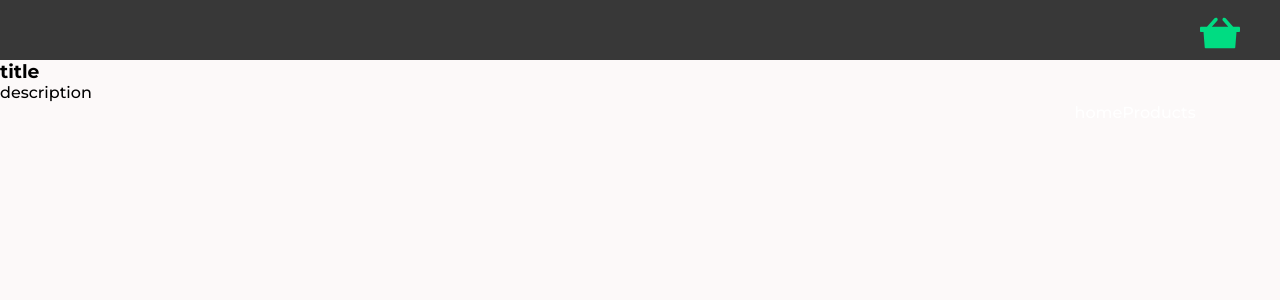
Repository: jodelajo/nuxt-product-page
Page: /
The author's editor kept a copy of each file at every save. The page is drawn from the files as they stood at one save, then again after the next save.
The browser window is 1280 px wide. The pictures show the whole page.
The page's requests for data from a server got no answer. The project was rebuilt for these pictures with package versions that can differ from the ones it lists, and the page was loaded fresh each time. The framework's server and built-in components were replaced by stand-ins that run in the browser. No one was signed in, and anything a server would have sent is missing. Also part of the build but not shown: nuxt.config.js, components/BuyButton.vue, components/CartPrices.vue, components/FilterIcon.vue, components/HomeIcon.vue, components/IncDecButtons.vue, components/MyItem.vue, components/ProductsIngredients.vue and 2 more.

Above is the page before, as saved 2021-12-03 10:35:12.

### components/Basket.vue
<template>
  <!-- <svg class="nuxt-logo" viewBox="0 0 45 30" fill="none" xmlns="http://www.w3.org/2000/svg">
    <path d="M24.7203 29.704H41.1008C41.6211 29.7041 42.1322 29.5669 42.5828 29.3061C43.0334 29.0454 43.4075 28.6704 43.6675 28.2188C43.9275 27.7672 44.0643 27.2549 44.0641 26.7335C44.0639 26.2121 43.9266 25.6999 43.6662 25.2485L32.6655 6.15312C32.4055 5.70162 32.0315 5.32667 31.581 5.06598C31.1305 4.8053 30.6195 4.66805 30.0994 4.66805C29.5792 4.66805 29.0682 4.8053 28.6177 5.06598C28.1672 5.32667 27.7932 5.70162 27.5332 6.15312L24.7203 11.039L19.2208 1.48485C18.9606 1.03338 18.5864 0.658493 18.1358 0.397853C17.6852 0.137213 17.1741 0 16.6538 0C16.1336 0 15.6225 0.137213 15.1719 0.397853C14.7213 0.658493 14.3471 1.03338 14.0868 1.48485L0.397874 25.2485C0.137452 25.6999 0.000226653 26.2121 2.8053e-07 26.7335C-0.000226092 27.2549 0.136554 27.7672 0.396584 28.2188C0.656614 28.6704 1.03072 29.0454 1.48129 29.3061C1.93185 29.5669 2.44298 29.7041 2.96326 29.704H13.2456C17.3195 29.704 20.3239 27.9106 22.3912 24.4118L27.4102 15.7008L30.0986 11.039L38.1667 25.0422H27.4102L24.7203 29.704ZM13.0779 25.0374L5.9022 25.0358L16.6586 6.36589L22.0257 15.7008L18.4322 21.9401C17.0593 24.2103 15.4996 25.0374 13.0779 25.0374Z" fill="#00DC82" />
  </svg> -->



<svg class="nuxt-logo" xmlns="http://www.w3.org/2000/svg"  viewBox="0 0 122.88 94.27" style="enable-background:new 0 0 122.88 94.27" xml:space="preserve">
<path d="M12.04,27.72h9.43L44.56,1.86c2.05-2.3,5.61-2.5,7.9-0.45v0c2.3,2.05,2.5,5.61,0.45,7.91l-16.42,18.4h50.32 L70.39,9.32c-2.05-2.3-1.85-5.86,0.45-7.91h0c2.3-2.05,5.85-1.85,7.91,0.45l23.08,25.86l9.02,0l0.12,0l8.47,0 c1.9,0,3.45,1.55,3.45,3.45v9.73c0,1.9-1.55,3.45-3.45,3.45h-7.33l-3.77,47.53c-0.1,1.31-1.08,2.39-2.39,2.39H16.94 c-1.31,0-2.29-1.08-2.39-2.39l-3.77-47.53H3.45C1.55,44.35,0,42.8,0,40.9v-9.73c0-1.9,1.55-3.45,3.45-3.45l8.47,0L12.04,27.72 L12.04,27.72z M77.67,46.22h10.91v31.53l-10.91,0V46.22L77.67,46.22z M56.45,46.22h10.9v31.53l-10.9,0V46.22L56.45,46.22z M35.23,46.22h10.91v31.53l-10.91,0V46.22L35.23,46.22z" fill="#00DC82"/>
</svg>



</template>

<style>
.nuxt-logo {
  padding-top: 10px;
  height: 40px;
  width: 40px;
}
</style>

### components/NavBar.vue
<template>
  <nav class="navBar">
    <div class="shoppingcart">
      <NuxtLink to="/">home</NuxtLink>
      <NuxtLink to="/products"
        >Products <span class="sr-only">(current)</span>
      </NuxtLink>
      <NuxtLink to="/my-items"> <Basket /> <span>{{ counter }}</span>
      </NuxtLink><span class="sr-only">(current)</span>



    </div>
  </nav>
</template>

<script>
import { mapState } from "vuex";
export default {

    computed: {
        ...mapState(['counter'])
    }
};
</script>

<style scoped>
.navBar {
  width: 100vw;
  background-color: rgb(56, 56, 56);
  color: white;
  height: 60px;
  display: flex;
  justify-content: flex-end;
  align-items: center;
}
.shoppingcart {
  margin-right: 40px;
}
.sr-only:not(:focus):not(:active) {
  clip: rect(0 0 0 0);
  clip-path: inset(50%);
  height: 1px;
  overflow: hidden;
  position: absolute;
  white-space: nowrap;
  width: 1px;
}

.shoppingcart a {
  color: white;
  text-decoration: none;
}

.shoppingcart a:hover {
  color: red;
}
.basket {
  font-size: 20px;
  height: 48px;
  width: 48px;
  z-index: 10;
  color: white;
}
</style>

### components/NuxtLogo.vue
<template>
  <svg class="nuxt-logo" viewBox="0 0 45 30" fill="none" xmlns="http://www.w3.org/2000/svg">
    <path d="M24.7203 29.704H41.1008C41.6211 29.7041 42.1322 29.5669 42.5828 29.3061C43.0334 29.0454 43.4075 28.6704 43.6675 28.2188C43.9275 27.7672 44.0643 27.2549 44.0641 26.7335C44.0639 26.2121 43.9266 25.6999 43.6662 25.2485L32.6655 6.15312C32.4055 5.70162 32.0315 5.32667 31.581 5.06598C31.1305 4.8053 30.6195 4.66805 30.0994 4.66805C29.5792 4.66805 29.0682 4.8053 28.6177 5.06598C28.1672 5.32667 27.7932 5.70162 27.5332 6.15312L24.7203 11.039L19.2208 1.48485C18.9606 1.03338 18.5864 0.658493 18.1358 0.397853C17.6852 0.137213 17.1741 0 16.6538 0C16.1336 0 15.6225 0.137213 15.1719 0.397853C14.7213 0.658493 14.3471 1.03338 14.0868 1.48485L0.397874 25.2485C0.137452 25.6999 0.000226653 26.2121 2.8053e-07 26.7335C-0.000226092 27.2549 0.136554 27.7672 0.396584 28.2188C0.656614 28.6704 1.03072 29.0454 1.48129 29.3061C1.93185 29.5669 2.44298 29.7041 2.96326 29.704H13.2456C17.3195 29.704 20.3239 27.9106 22.3912 24.4118L27.4102 15.7008L30.0986 11.039L38.1667 25.0422H27.4102L24.7203 29.704ZM13.0779 25.0374L5.9022 25.0358L16.6586 6.36589L22.0257 15.7008L18.4322 21.9401C17.0593 24.2103 15.4996 25.0374 13.0779 25.0374Z" fill="#00DC82" />
  </svg>
</template>

<style>
.nuxt-logo {
  height: 180px;
}
</style>

### components/ProductsCardDisplay.vue
<template>
    <div>
        <h3>title</h3>
        <p>description</p>
    </div>
</template>

<script>
    export default {

    }
</script>

<style  scoped>

</style>

### layouts/default.vue
<template>
  <div>
   <NavBar />
    <Nuxt />
  </div>
</template>

<style>
@import url("https://fonts.googleapis.com/css2?family=Montserrat:wght@100;200;300;500;700;900&family=Readex+Pro:wght@300;500;700&display=swap");

body {
  box-sizing: border-box;
  margin: 0;
  background-color: rgba(226, 199, 203, 0.1);
  display: flex;
  align-items: center;
  justify-content: center;
   font-family: "Montserrat", sans-serif;
}


*,
*::before,
*::after {
  box-sizing: border-box;
  margin: 0;
}
.button--green {
  display: inline-block;
  border-radius: 4px;
  border: 1px solid #3b8070;
  color: #3b8070;
  text-decoration: none;
  padding: 10px 30px;
}
.button--green:hover {
  color: #fff;
  background-color: #3b8070;
}
.button--grey {
  display: inline-block;
  border-radius: 4px;
  border: 1px solid #35495e;
  color: #35495e;
  text-decoration: none;
  padding: 10px 30px;
  margin-left: 15px;
}
.button--grey:hover {
  color: #fff;
  background-color: #35495e;
}
</style>

### layouts/no-nav.vue
<template>
  <div>
<NuxtLink to="/"> Go back </NuxtLink>
    <Nuxt />
  </div>
</template>

<style>
@import url("https://fonts.googleapis.com/css2?family=Montserrat:wght@100;200;300;500;700;900&family=Readex+Pro:wght@300;500;700&display=swap");

body {
  box-sizing: border-box;
  margin: 0;
  background-color: rgba(226, 199, 203, 0.1);
  display: flex;
  align-items: center;
  justify-content: center;
   font-family: "Montserrat", sans-serif;
}

*,
*::before,
*::after {
  box-sizing: border-box;
  margin: 0;
}
.button--green {
  display: inline-block;
  border-radius: 4px;
  border: 1px solid #3b8070;
  color: #3b8070;
  text-decoration: none;
  padding: 10px 30px;
}
.button--green:hover {
  color: #fff;
  background-color: #3b8070;
}
.button--grey {
  display: inline-block;
  border-radius: 4px;
  border: 1px solid #35495e;
  color: #35495e;
  text-decoration: none;
  padding: 10px 30px;
  margin-left: 15px;
}
.button--grey:hover {
  color: #fff;
  background-color: #35495e;
}
</style>

### pages/index.vue
<template>
 <div>
<ProductsCardDisplay />
 </div>
</template>

<script>
 export default {
        data(){
            return {
                products: []
            }
        },
        async fetch() {
            this.products = await fetch('https://a1-api.detailresult.nl/v1/assortmentcache/group/281/104?api_key=6d3a42a3-6d93-4f98-838d-bcc0ab2307fd').then((res) => res.json())
        }
    }
</script>

<style>
</style>

After the next save:
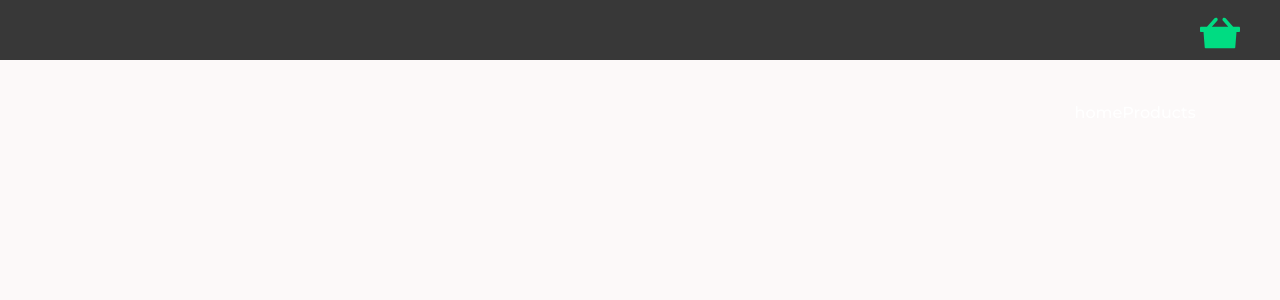
Saved 3 min 2 s later.
--- a/pages/index.vue
+++ b/pages/index.vue
@@ -1,6 +1,11 @@
 <template>
  <div>
-<ProductsCardDisplay />
+<ProductsCardDisplay
+v-for="product in products"
+:key="product.productId"
+:product="product"
+
+/>
  </div>
 </template>
 
